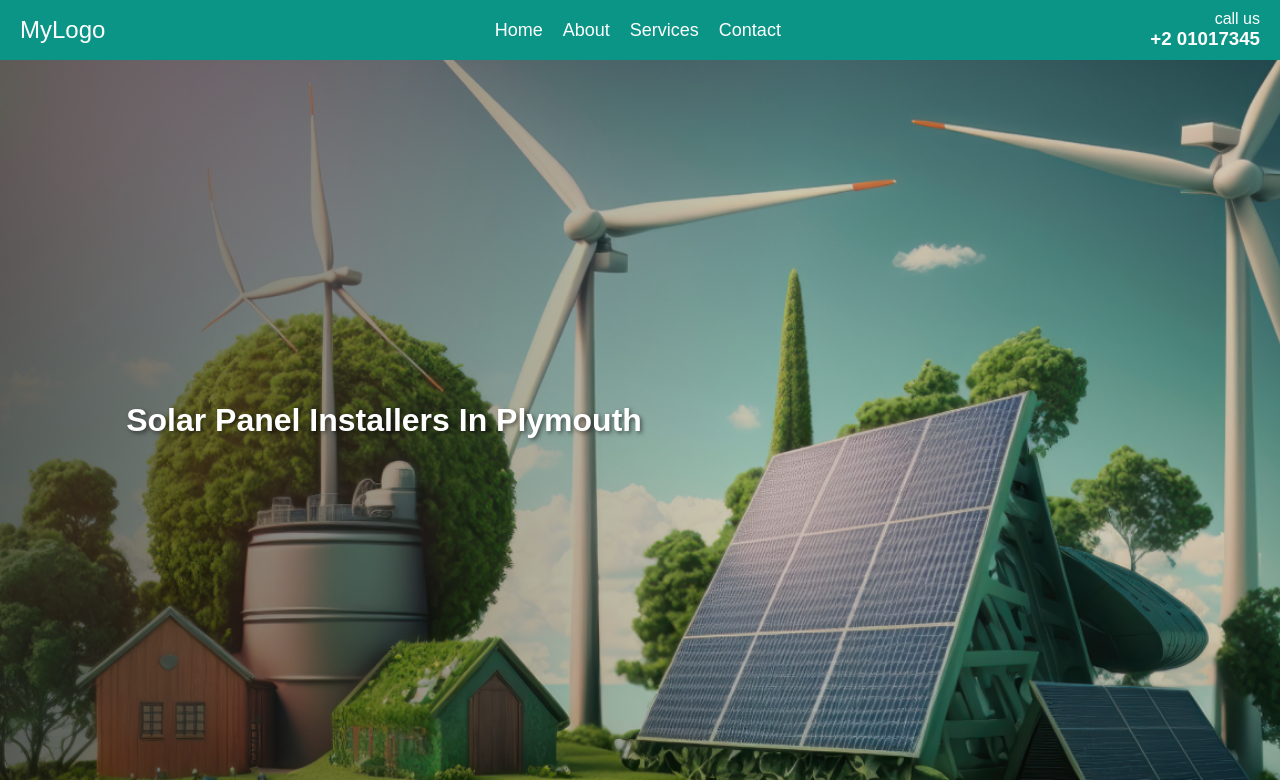
Repository: MaramNabil872/Landing-Page
Page: landingPage.html
These files come from the project's save history. The page is drawn as it stood at one moment and after a run of saves; the edit follows.
The browser window is 1280 px wide. The pictures show the whole page.

Above is the page before, as saved 2024-10-20 20:22:22.

After the next 2 saves:
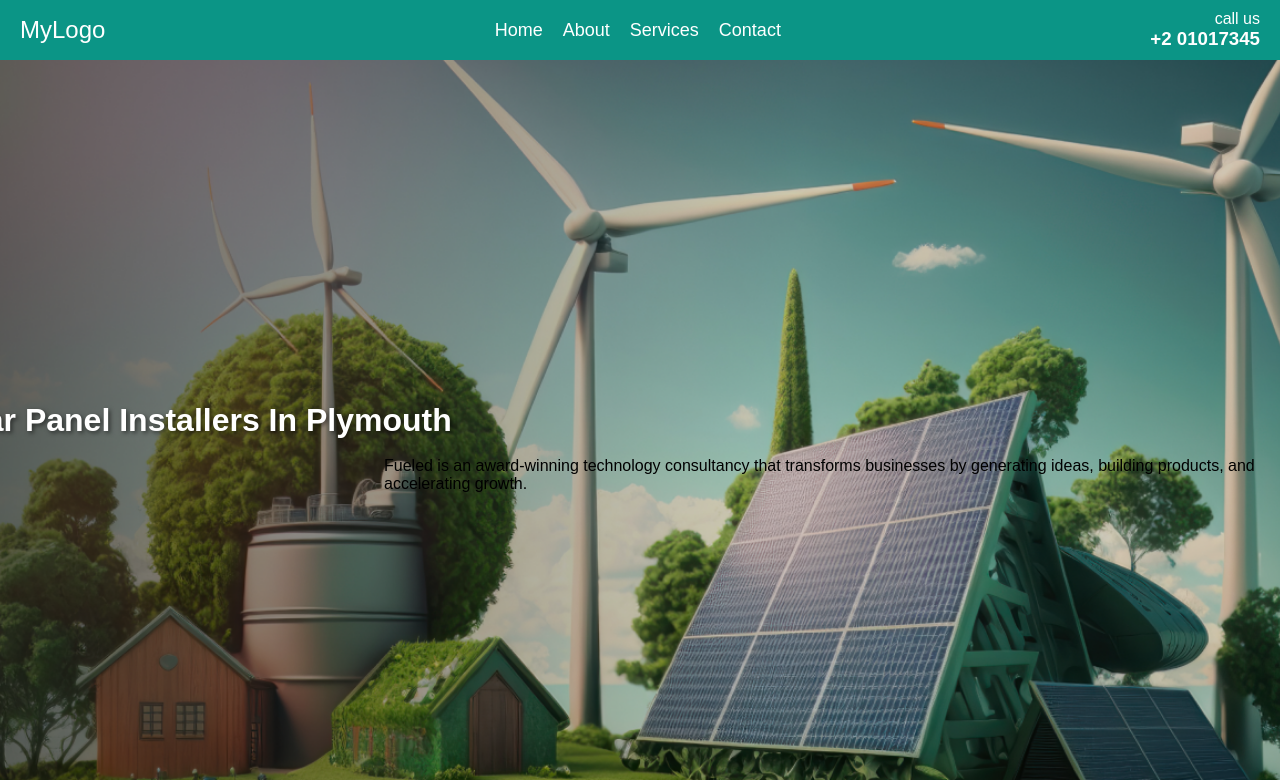
The 2 saves are shown as one change because they came seconds apart.
The last was saved 8 s later.
--- a/landingPage.css
+++ b/landingPage.css
@@ -62,12 +62,12 @@ body {
     object-fit: cover; /* Ensure the image covers the entire container */
 }
 .main-text{
-
-}
-.text-wallpaper {
     position: absolute;
     top: 50%;
     left: 30%;
+}
+.text-wallpaper {
+
     transform: translate(-50%, -50%);
     color: white;
     font-size: 2rem;
